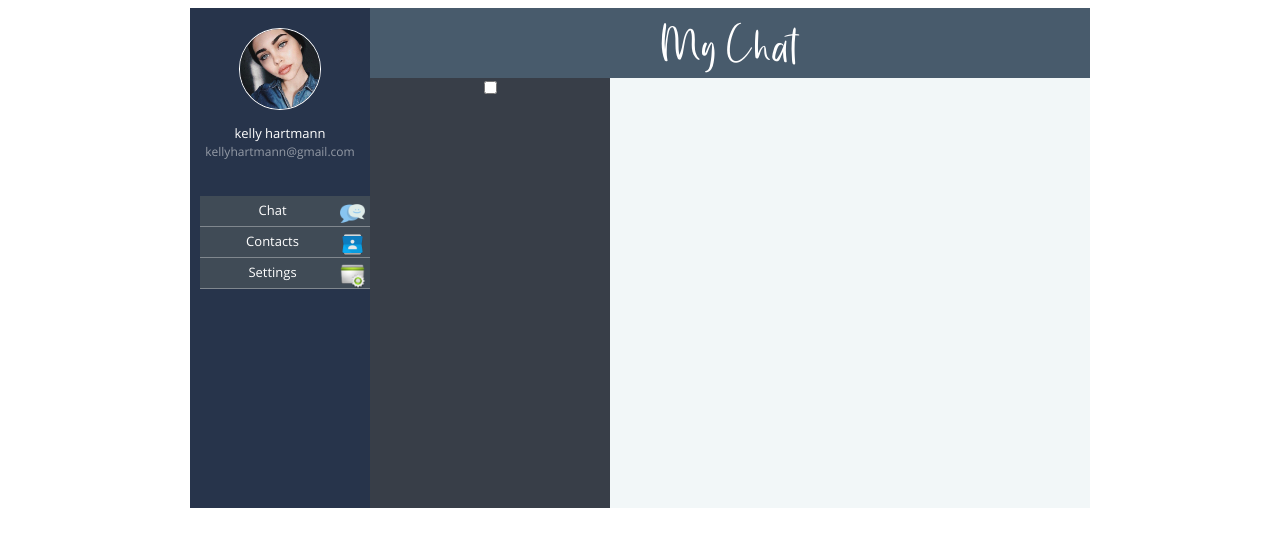
Repository: chathura226/SeekWork_Group_Project_I
Page: http://localhost/
The author's editor kept a copy of each file at every save. The page is drawn from the files as they stood at one save, then again after the next save.
The browser window is 1280 px wide. The pictures show the whole page.
The page is run by PHP 8.4 with error messages shown; the project is at /var/www/html/.

Above is the page before, as saved 2023-12-03 11:11:07.

### chat/index.php
<!DOCTYPE html>
<html>
    <head>
        <title>Chat</title>

    </head>
    <style type="text/css">

        @font-face {
            font-family: headFont;
            src: url(ui/fonts/Summer-Vibes-OTF.otf);
        }

        @font-face {
            font-family: myfont;
            src: url(ui/fonts/OpenSans-Regular.ttf);
        }


        #wrapper{

            max-width: 900px;
            min-height: 500px;
            display: flex;
            margin:auto;
            color:white;
            font-family:myfont;
            font-size:13px;

        }

        #left_pannel{
            min-height: 400px;
            background-color: #27344b;
            flex:1;
            text-align:center;




        }

        #profile_image{
            width:50%;
            border:solid thin white;
            border-radius:50%;
            margin:10px;


        }


        #left_pannel label{
            width:100%;
            height: 20px;
            display:block;
            background-color:#404b56;
            border-bottom:solid thin #ffffff55;
            cursor: pointer;
            padding: 5px;
            transition: all 1s ease ;


        }


        #left_pannel label:hover{

            background-color:#778593;

        }


        #left_pannel label img{
            float:right;
            width:25px;




        }

        #right_pannel{
            min-height: 500px;
            flex:4;
            text-align: center;

        }

        #header{
            background-color: #485b6c;
            height: 70px;
            font-size:40px;
            text-align:center;
            font-family:headFont;


        }

        #inner_left_pannel{
            background-color:#383e48;
            flex:1;
            min-height:430px


        }

        #inner_right_pannel{
            background-color:#f2f7f8;
            flex:2;
            min-height:430px;


        }




    </style>
    <body>
        <div id="wrapper">

           <div id="left_pannel">
                <div style="padding: 10px;">
                    <img id="profile_image" src="ui/images/user3.jpg">
                    <br>
                    kelly hartmann
                    <br>
                    <span style="font-size:12px; opacity:0.5;">kellyhartmann@gmail.com</span>
                    <br>
                    <br>
                    <br>
                    <div>
                        <label for ="box">Chat<img src="ui/icons/chat.png"></label>
                        <label>Contacts<img src="ui/icons/contacts.png"></label>
                        <label>Settings<img src="ui/icons/settings.png"></label>
                    </div>

                </div>
           </div>
           <div id="right_pannel">
              <div id="header" >My Chat</div>
                <div id="container"  style="display: flex">
                    <div id="inner_left_pannel">
                        <input type="checkbox" id="box">
                    </div>
                    <div id="inner_right_pannel"></div>
                </div>
           </div>



        </div>


    </body>
</html>

After the next save:
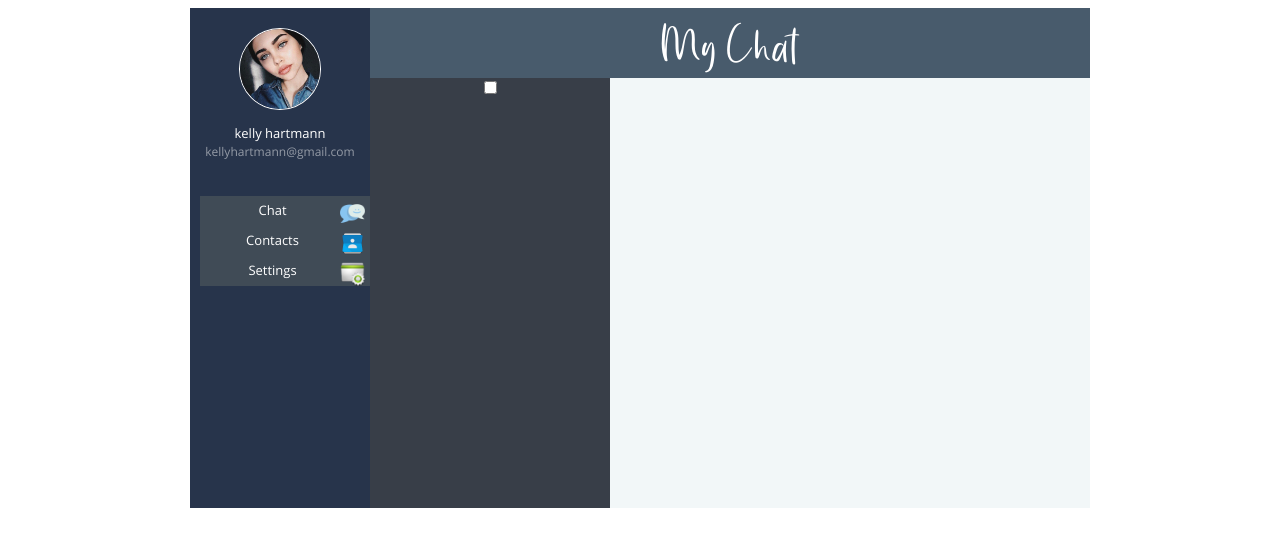
Saved 96 s later.
--- a/chat/index.php
+++ b/chat/index.php
@@ -55,7 +55,7 @@
             height: 20px;
             display:block;
             background-color:#404b56;
-            border-bottom:solid thin #ffffff55;
+            /*border-bottom:solid thin #ffffff55;*/
             cursor: pointer;
             padding: 5px;
             transition: all 1s ease ;

After the save that followed:
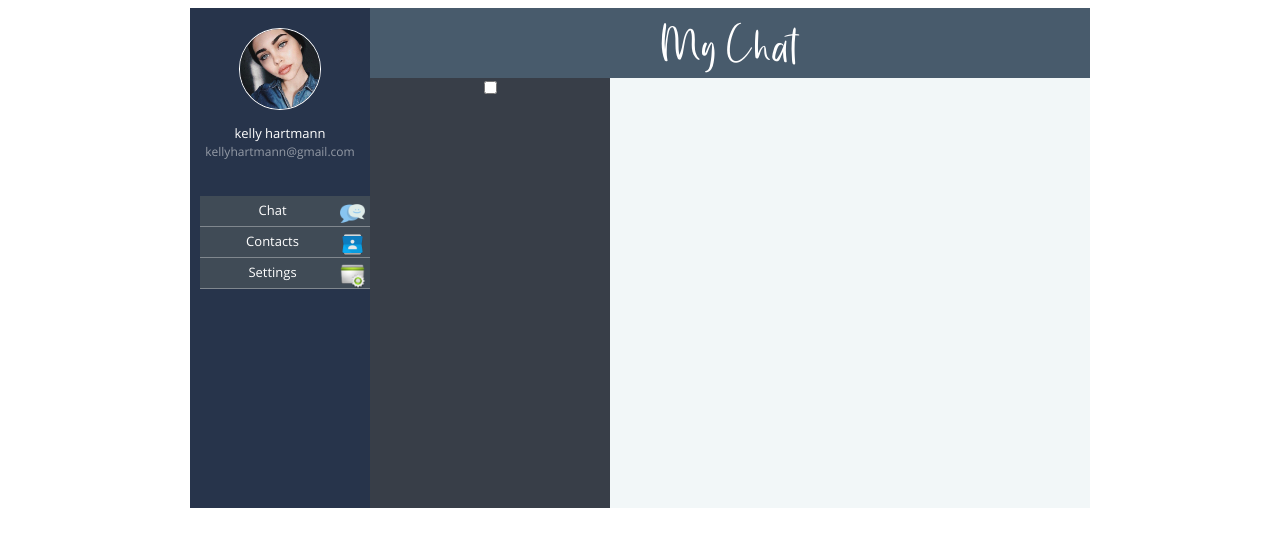
Saved 17 s later.
--- a/chat/index.php
+++ b/chat/index.php
@@ -55,7 +55,7 @@
             height: 20px;
             display:block;
             background-color:#404b56;
-            /*border-bottom:solid thin #ffffff55;*/
+            border-bottom:solid thin #ffffff55;
             cursor: pointer;
             padding: 5px;
             transition: all 1s ease ;
